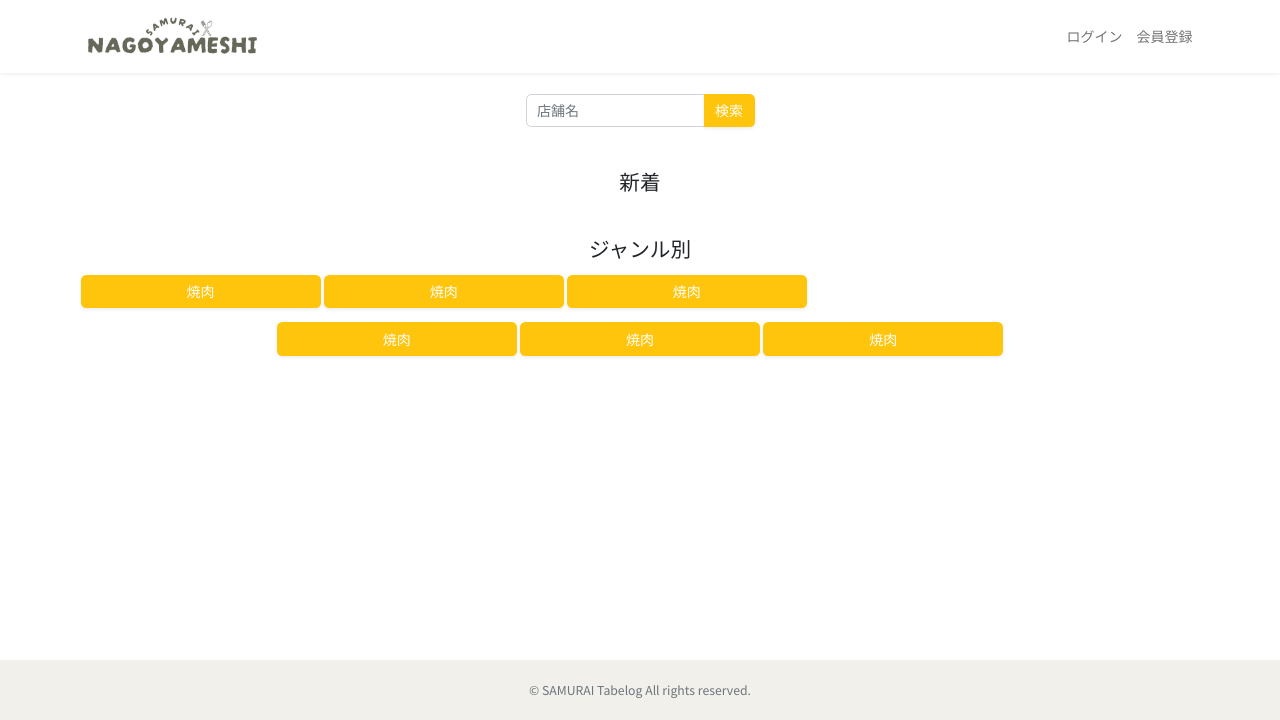
Repository: Mofu-Ya/springboot-tabelog-kadai
Page: http://localhost/index
An editor plug-in stored every save of this project. The page is shown before and after the next save, followed by the edit.
The browser window is 1280 px wide. The pictures show the whole page.
The page is this project's Thymeleaf template; nobody is signed in. The template is opened directly, without the code that normally fills it, so the values that code supplies are empty.

Above is the page before, as saved 2025-01-18 02:08:06.

### kadai_002/samuraitabelog/src/main/resources/templates/index.html
<!DOCTYPE html>
<html xmlns:th="https://www.thymeleaf.org" xmlns:sec="http://www.thymeleaf.org/extras/spring-security">
	<head>
		<div th:replace="~{fragment :: meta}"></div>
        <div th:replace="~{fragment :: styles}"></div>

		<title>SAMURAI tabelog</title>
	</head>
	<body>
		<div class="samuraitabelog-wrapper">
             <!-- ヘッダー -->
             <div th:replace="~{fragment :: header}"></div>

             <main>
                 <div class="container pt-4 pb-5 samuraitabelog-container">
                     <div th:if="${param.loggedIn}" class="alert alert-info">
                         ログインしました。
                     </div>

                     <div th:if="${param.loggedOut}" class="alert alert-info">
                         ログアウトしました。
                     </div>

                     <div th:if="${successMessage}" class="alert alert-info">
						 <span th:text="${successMessage}"></span>
                     </div>

                     <div th:if="${errorMessage}" class="alert alert-info">
						 <span th:text="${errorMessage}"></span>
                     </div>

                     <div class="d-flex justify-content-center">
                         <form method="get" th:action="@{/restaurants}" class="mb-5 samuraitabelog-search-form">
                             <div class="input-group">
                                 <input type="text" class="form-control" name="keyword" th:value="${keyword}" placeholder="店舗名">
                                 <button type="submit" class="btn text-white shadow-sm samuraitabelog-btn">検索</button>
                             </div>
                         </form>
                     </div>

                     <h2 class="text-center mb-3">新着</h2>
                     <div class="row row-cols-lg-5 row-cols-2 g-3 mb-5">
                         <div class="col" th:each="newRestaurant : ${newRestaurants}">
                             <a th:href="@{/restaurants/__${newRestaurant.getId()}__}" class="link-dark samuraitabelog-card-link">
                                 <div class="card h-100">
                                     <img th:if="${newRestaurant.getImageName()}" th:src="@{/storage/__${newRestaurant.getImageName()}__}" class="card-img-top samuraitabelog-vertical-card-image" alt="店舗画像">
                                     <img th:unless="${newRestaurant.getImageName()}" th:src="@{/images/noImage.png}" class="card-img-top samuraitabelog-vertical-card-image" alt="NO IMAGE">
                                     <div class="card-body">
                                         <h3 class="card-title" th:text="${newRestaurant.getName()}"></h3>
                                         <p class="card-text mb-1">
                                             <small class="text-muted" th:text="${newRestaurant.getAddress()}"></small>
                                         </p>
                                         <p class="card-text">
                                             <span th:text="${#numbers.formatInteger(newRestaurant.getLowestPrice(), 1, 'COMMA') + '円 / 泊'}"></span>
                                         </p>
                                     </div>
                                 </div>
                             </a>
                         </div>
                     </div>

                     <h2 class="text-center mb-3">ジャンル別</h2>
<!--                     <div class="col col-lg-10 col-10 mb-3 justify-content-center">-->

						 <div class="row mb-3">
							 <div class="col ext-center">
							<a class="btn text-white shadow-sm category-btn samuraitabelog-btn" th:href="@{/restaurants}">焼肉</a>
						 	<a class="btn text-white shadow-sm category-btn samuraitabelog-btn" th:href="@{/restaurants}">焼肉</a>
						 	<a class="btn text-white shadow-sm category-btn samuraitabelog-btn" th:href="@{/restaurants}">焼肉</a>
						 	</div>
						 </div>
						 <div class="row mb-3">
							<div class="col text-center">
							<a class="btn text-white shadow-sm  shadow-sm category-btn samuraitabelog-btn" th:href="@{/restaurants}">焼肉</a>
						 	<a class="btn text-white shadow-sm shadow-sm category-btn samuraitabelog-btn" th:href="@{/restaurants}">焼肉</a>
						 	<a class="btn text-white shadow-sm shadow-sm category-btn samuraitabelog-btn" th:href="@{/restaurants}">焼肉</a>
						 	</div>
						 </div>

<!--                     </div>-->


                 </div>
             </main>

             <!-- フッター -->
             <div th:replace="~{fragment :: footer}"></div>
         </div>

    	<div th:replace="~{fragment :: scripts}"></div>
	</body>
</html>

### kadai_002/samuraitabelog/src/main/resources/templates/fragment.html
<!DOCTYPE html>
	<html xmlns:th="https://www.thymeleaf.org" xmlns:sec="http://www.thymeleaf.org/extras/spring-security">
    <head>
        <!-- meta要素の部品化 -->
        <div th:fragment="meta" th:remove="tag">
            <meta charset="UTF-8">
            <meta name="viewport" content="width=device-width, initial-scale=1">
        </div>

        <!-- link要素の部品化 -->
        <div th:fragment="styles" th:remove="tag">
            <!-- Bootstrap -->
            <link href="https://cdn.jsdelivr.net/npm/bootstrap@5.2.3/dist/css/bootstrap.min.css" rel="stylesheet" integrity="sha384-rbsA2VBKQhggwzxH7pPCaAqO46MgnOM80zW1RWuH61DGLwZJEdK2Kadq2F9CUG65" crossorigin="anonymous">

            <!-- Google Fonts -->
            <link rel="preconnect" href="https://fonts.googleapis.com">
            <link rel="preconnect" href="https://fonts.gstatic.com" crossorigin>
            <link href="https://fonts.googleapis.com/css2?family=Noto+Sans+JP:wght@400;500&display=swap" rel="stylesheet">

            <link th:href="@{/css/style.css}" rel="stylesheet" >
        </div>

        <title>部品化用のHTMLファイル</title>
    </head>
    <body>
		<!-- ヘッダーの部品化 -->
        <div th:fragment="header" th:remove="tag">
            <nav class="navbar navbar-expand-md navbar-light bg-white shadow-sm samuraitabelog-navbar">
                <div class="container samuraitabelog-container">
                    <a class="navbar-brand" th:href="@{/}">
                        <img class="samuraitabelog-logo me-1" th:src="@{/images/logo.png}" alt="NAGOYAMESHI">
                    </a>

                    <button class="navbar-toggler" type="button" data-bs-toggle="collapse" data-bs-target="#navbarSupportedContent" aria-controls="navbarSupportedContent" aria-expanded="false" aria-label="Toggle navigation">
                         <span class="navbar-toggler-icon"></span>
                     </button>

                     <div class="collapse navbar-collapse" id="navbarSupportedContent">
                         <ul class="navbar-nav ms-auto">
                             <!-- 未ログインであれば表示する -->
                             <li class="nav-item" sec:authorize="isAnonymous()">
                                 <a class="nav-link" th:href="@{/login}">ログイン</a>
                             </li>
                             <li class="nav-item" sec:authorize="isAnonymous()">
                                 <a class="nav-link" th:href="@{/signup}">会員登録</a>
                             </li>

                             <!-- ログイン済みの無料会員であれば表示する -->
                             <li class="nav-item dropdown" sec:authorize="hasRole('GENERAL_FREE')">
                                 <a id="navbarDropdownGeneral" class="nav-link dropdown-toggle" href="#" role="button" data-bs-toggle="dropdown" aria-haspopup="true" aria-expanded="false" v-pre>
                                     <span sec:authentication="principal.user.name"></span>
                                 </a>

                                 <div class="dropdown-menu dropdown-menu-end" aria-labelledby="navbarDropdownGeneral">
                                     <a class="dropdown-item samuraitabelog-dropdown-item" th:href="@{/user}">会員情報</a>

                                     <div class="dropdown-divider"></div>

                                     <a class="dropdown-item samuraitabelog-dropdown-item" th:href="@{/logout}" onclick="event.preventDefault(); document.getElementById('logout-form').submit();">
                                         ログアウト
                                     </a>
                                     <form class="d-none" id="logout-form" th:action="@{/logout}" method="post"></form>
                                 </div>
                             </li>

                             <!-- ログイン済みの有料会員であれば表示する -->
                             <li class="nav-item dropdown" sec:authorize="hasAnyRole('GENERAL_PAID', 'OWNER_ADMIN')">
                                 <a id="navbarDropdownGeneral" class="nav-link dropdown-toggle" href="#" role="button" data-bs-toggle="dropdown" aria-haspopup="true" aria-expanded="false" v-pre>
                                     <span sec:authentication="principal.user.name"></span>
                                 </a>

                                 <div class="dropdown-menu dropdown-menu-end" aria-labelledby="navbarDropdownGeneral">
                                     <a class="dropdown-item samuraitabelog-dropdown-item" th:href="@{/user}">会員情報</a>
                                     <a class="dropdown-item samuraitabelog-dropdown-item" th:href="@{/reservations}">予約一覧</a>

                                     <div class="dropdown-divider"></div>

                                     <a class="dropdown-item samuraitabelog-dropdown-item" th:href="@{/logout}" onclick="event.preventDefault(); document.getElementById('logout-form').submit();">
                                         ログアウト
                                     </a>
                                     <form class="d-none" id="logout-form" th:action="@{/logout}" method="post"></form>
                                 </div>
                             </li>

                             <!-- 管理者であれば表示する -->
                             <li class="nav-item dropdown" sec:authorize="hasRole('ADMIN')">
                                 <a id="navbarDropdownAdmin" class="nav-link dropdown-toggle" href="#" role="button" data-bs-toggle="dropdown" aria-haspopup="true" aria-expanded="false" v-pre>
                                     管理者メニュー
                                 </a>

                                 <div class="dropdown-menu dropdown-menu-end" aria-labelledby="navbarDropdownAdmin">
									 <a class="dropdown-item samuraitabelog-dropdown-item" th:href="@{/user}">会員情報</a>
									 <a class="dropdown-item samuraitabelog-dropdown-item" th:href="@{/admin/users}">会員一覧</a>
                                     <a class="dropdown-item samuraitabelog-dropdown-item" th:href="@{/admin/restaurants}">飲食店一覧</a>

                                     <div class="dropdown-divider"></div>

                                     <a class="dropdown-item samuraitabelog-dropdown-item" th:href="@{/logout}" onclick="event.preventDefault(); document.getElementById('logout-form').submit();">
                                         ログアウト
                                     </a>
                                     <form class="d-none" id="logout-form" th:action="@{/logout}" method="post"></form>
                                 </div>
                             </li>
                         </ul>
                     </div>
                </div>
            </nav>
        </div>

		<!-- フッターの部品化 -->
        <div th:fragment="footer" th:remove="tag">
            <footer>
                <div class="d-flex justify-content-center align-items-center h-100">
                    <p class="text-center text-muted small mb-0">&copy; SAMURAI Tabelog All rights reserved.</p>
                </div>
            </footer>
        </div>

        <!-- script要素の部品化 -->
        <div th:fragment="scripts" th:remove="tag">
            <!-- Bootstrap -->
            <script src="https://cdn.jsdelivr.net/npm/bootstrap@5.2.3/dist/js/bootstrap.bundle.min.js" integrity="sha384-kenU1KFdBIe4zVF0s0G1M5b4hcpxyD9F7jL+jjXkk+Q2h455rYXK/7HAuoJl+0I4" crossorigin="anonymous"></script>
        </div>
    </body>
</html>

### kadai_002/samuraitabelog/src/main/resources/static/css/style.css
html {
  font-size: 14px;
}

body {
  font-family: 'Noto Sans JP', sans-serif;
}

h1 {
  font-size: 1.5rem;
}

h2 {
  	font-size: 1.475rem;
}

h3 {
	font-size: 1.25rem;
}

a {
/*  color: #5196a6;*/
  color: #005133;
  text-decoration: none !important;
}

a:hover {
    color: #407784;
}

footer {
  width: 100%;
  height: 60px;
  position: absolute;
  bottom: 0;
  background-color: #f2f0eb;
}

.samuraitabelog-wrapper {
  min-height: 100vh;
  position: relative;
  padding-bottom: 60px;
  box-sizing: border-box;
}

.samuraitabelog-navbar {
  min-height: 60px;
}

.samuraitabelog-logo {
  height: 50px;
}


.samuraitabelog-btn {
/*  background-color: #5196a6 !important;   */
  background-color: #FFC40C !important;
  transition: 0.1s;
}

.samuraitabelog-btn:hover {
  opacity: 0.8;
}

.samuraitabelog-page-link {
/*  color: #5196a6;*/
  color: #FFC40C;;
}

.samuraitabelog-page-link:hover {
  color: #407784;
}

.samuraitabelog-active {
/*  background-color: #5196a6 !important;*/
/*  border-color: #5196a6 !important;*/
  background-color: #FFC40C !important;
  border-color: #FFC40C !important;
}

.samuraitabelog-pre-wrap {
	/* 改行文字で行を折り返す */
	white-space: pre-wrap;
}

.samuraitabelog-link-danger {
     color: #f2594b;
 }

 .samuraitabelog-link-danger:hover {
     color: #a63c3c;
 }

 .samuraitabelog-btn-danger {
     background-color: #f2594b !important;
     transition: 0.1s;
 }

 .samuraitabelog-btn-danger:hover {
   opacity: 0.8;
 }

.samuraitabelog-dropdown-item:active {
   background-color: #5196a6;
 }

.samuraitabelog-card-link {
	transition: 0.3s;
}

.samuraitabelog-card-link:hover {
	opacity: 0.7;
}

.samuraitabelog-horizontal-card-image {
	width: 100%;
	height: 240px;
	object-fit: cover;
}

.samuraitabelog-sort-box {
   width: 150px;
 }

.samuraitabelog-vertical-card-image {
   width: 100%;
   height: 150px;
   object-fit: cover;
}

 .samuraitabelog-search-form {
     max-width: 300px;
 }

 .samuraitabelog-timepicker-form {
     height: 34px;
/*     border-color: lightgrey;*/
     border: 1px solid lightgrey;
     border-radius: 4px;
     padding: 10px;
 }

 /* ベースのFlatpickrスタイルをカスタマイズ */
.flatpickr-time {
    display: flex;
    justify-content: center;
    align-items: center;
    gap: 5px;
/*    font-family: 'Arial', sans-serif;*/
    font-family: 'Noto Sans JP', sans-serif;
    background-color: #f7f9fc;
/*    background-color:red;*/
    border-radius: 8px;
    padding: 10px;
/*    width: 200px;*/
    box-shadow: 0 4px 8px rgba(0, 0, 0, 0.1);
    overflow: hidden; /* 外枠を見切れさせない */
}

/* 不要な分・秒を非表示 */
.flatpickr-time .flatpickr-minute {
    display: none !important; /* 完全に非表示にする */
}

/*.flatpickr-time .flatpickr-minute .arrow {*/
/*    display: none !important;  完全に非表示にする */
/*}*/


/* 時間選択の各要素 */
.flatpickr-time .flatpickr-hour　{
    width: 70px;
    height: 40px;
    overflow: hidden;
    border-radius: 5px;
    border: 1px solid #ccc;
/*    border: 1px solid red;*/
    background-color: white;
    text-align: center;
    font-size: 1.2rem;
/*    font-weight: bold;*/
    line-height: 40px;
    color: #333;
    cursor: pointer;
    user-select: none;
    transition: all 0.2s ease-in-out;
}

/* 選択中の要素 */
.flatpickr-time .flatpickr-hour:hover,
.flatpickr-time .flatpickr-minute:hover,
.flatpickr-time .flatpickr-second:hover,
.flatpickr-time .flatpickr-am-pm:hover {
    background-color: #eaf3ff;
    color: #007bff;
    transform: scale(1.1);
}

/* ドラムロールのエフェクト風 */
.flatpickr-time .flatpickr-hour,
.flatpickr-time .flatpickr-minute,
.flatpickr-time .flatpickr-second {
    display: flex;
    flex-direction: column;
    align-items: center;
    justify-content: center;
    position: relative;
    height: auto;
}

/* 確認画面の Card のスタイル */
.confirm-card {
	width: 90%;
	max-width: 600px;
}

.confirm-card-body {
	padding: 20px;
}

.confirm-card-btn {
	width: 120px;
}

.complete-card-btn {
	width: 180px;
}

.category-btn {
	width: 240px;
	heihjt: 60px;
}


.samuraitabelog-cancel-btn {
	color: #FFC40C !important;
	background-color: white !important;
	border: 1px solid #FFC40C;
  	transition: 0.1s;
}

.samuraitabelog-cancel-btn:hover {
	color:  #191C16 !important;
	background-color: #B4BBAB !important;
	border: 1px solid #FFC40C;
  	opacity: 0.6;
}

/*.flatpickr-time .flatpickr-hour:before,*/
/*.flatpickr-time .flatpickr-minute:before,*/
/*.flatpickr-time .flatpickr-second:before {*/
/*    content: "";*/
/*    position: absolute;*/
/*    top: 0;*/
/*    width: 100%;*/
/*    height: 50%;*/
/*    background: linear-gradient(to bottom, rgba(255, 255, 255, 0.9), rgba(255, 255, 255, 0));*/
/*    z-index: 1;*/
/*}*/

/*.flatpickr-time .flatpickr-hour:after,*/
/*.flatpickr-time .flatpickr-minute:after,*/
/*.flatpickr-time .flatpickr-second:after {*/
/*    content: "";*/
/*    position: absolute;*/
/*    bottom: 0;*/
/*    width: 100%;*/
/*    height: 50%;*/
/*    background: linear-gradient(to top, rgba(255, 255, 255, 0.9), rgba(255, 255, 255, 0));*/
/*    z-index: 1;*/
/*}*/


@media screen and (min-width: 1400px) {
  .samuraitabelog-container {
    max-width: 1200px;
  }
}

After the next save:
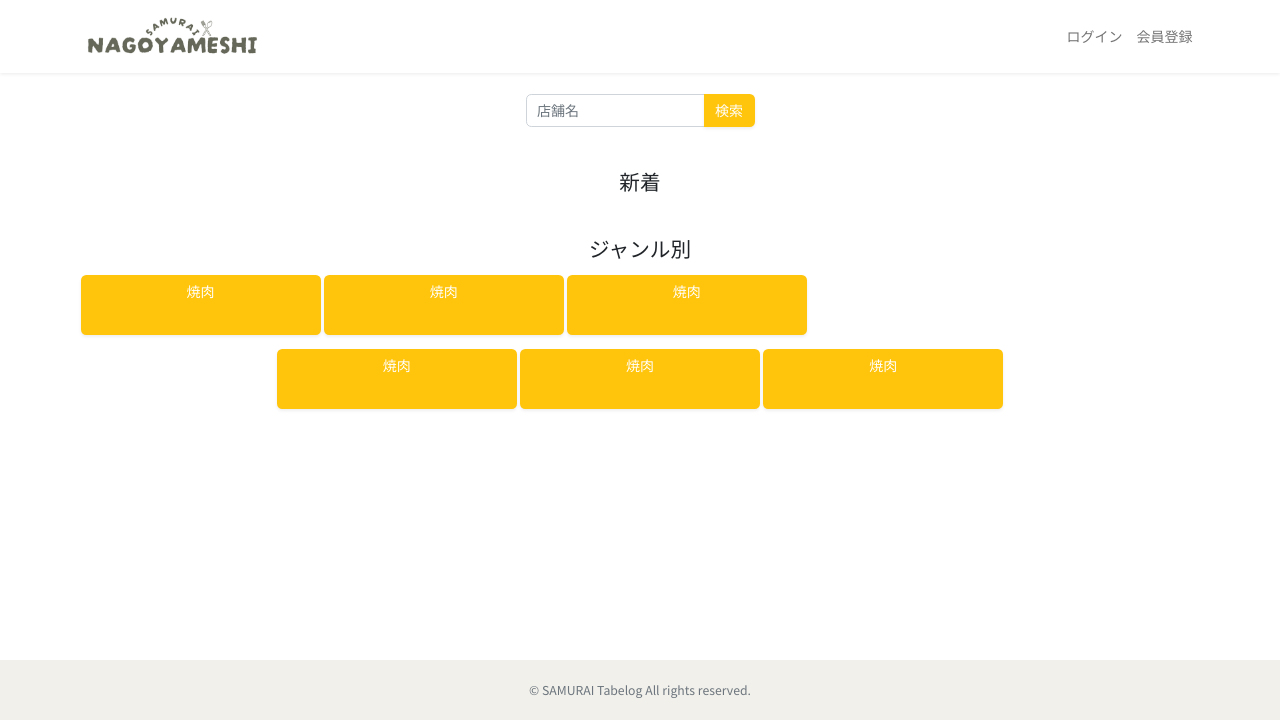
Saved 9 s later.
--- a/kadai_002/samuraitabelog/src/main/resources/static/css/style.css
+++ b/kadai_002/samuraitabelog/src/main/resources/static/css/style.css
@@ -228,7 +228,7 @@ footer {
 
 .category-btn {
 	width: 240px;
-	heihjt: 60px;
+	height: 60px;
 }
 
 
